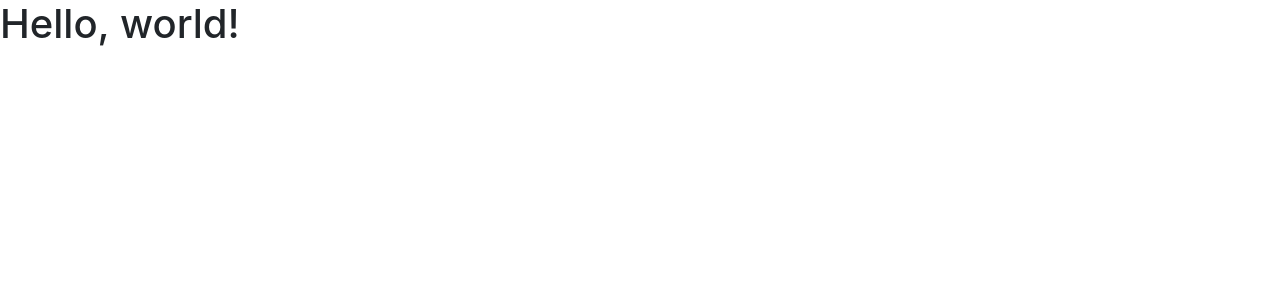
Repository: inhumanxd/flashcards
Page: flashcard/website/templates/home.html
An editor plug-in stored every save of this project. The page is shown before and after the next save, followed by the edit.
The browser window is 1280 px wide. The pictures show the whole page.

Above is the page before, as saved 2020-03-12 10:23:51.

After the next save:
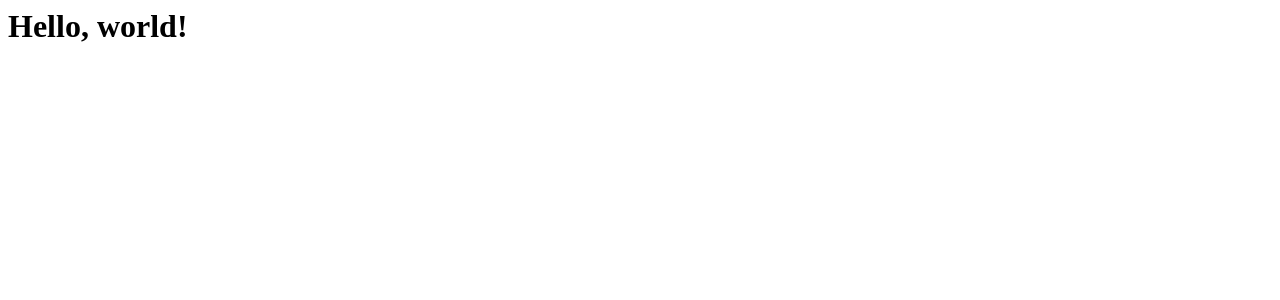
Saved 3 s later.
--- a/flashcard/website/templates/home.html
+++ b/flashcard/website/templates/home.html
@@ -1,17 +1,2 @@
-<!doctype html>
-<html lang="en">
-  <head>
-    <!-- Required meta tags -->
-    <meta charset="utf-8">
-    <meta name="viewport" content="width=device-width, initial-scale=1, shrink-to-fit=no">
 
-    <!-- Bootstrap CSS -->
-    <link rel="stylesheet" href="https://stackpath.bootstrapcdn.com/bootstrap/4.4.1/css/bootstrap.min.css" integrity="sha384-Vkoo8x4CGsO3+Hhxv8T/Q5PaXtkKtu6ug5TOeNV6gBiFeWPGFN9MuhOf23Q9Ifjh" crossorigin="anonymous">
-
-    <title>Hello, world!</title>
-  </head>
-  <body>
     <h1>Hello, world!</h1>
-
-    </body>
-</html>
